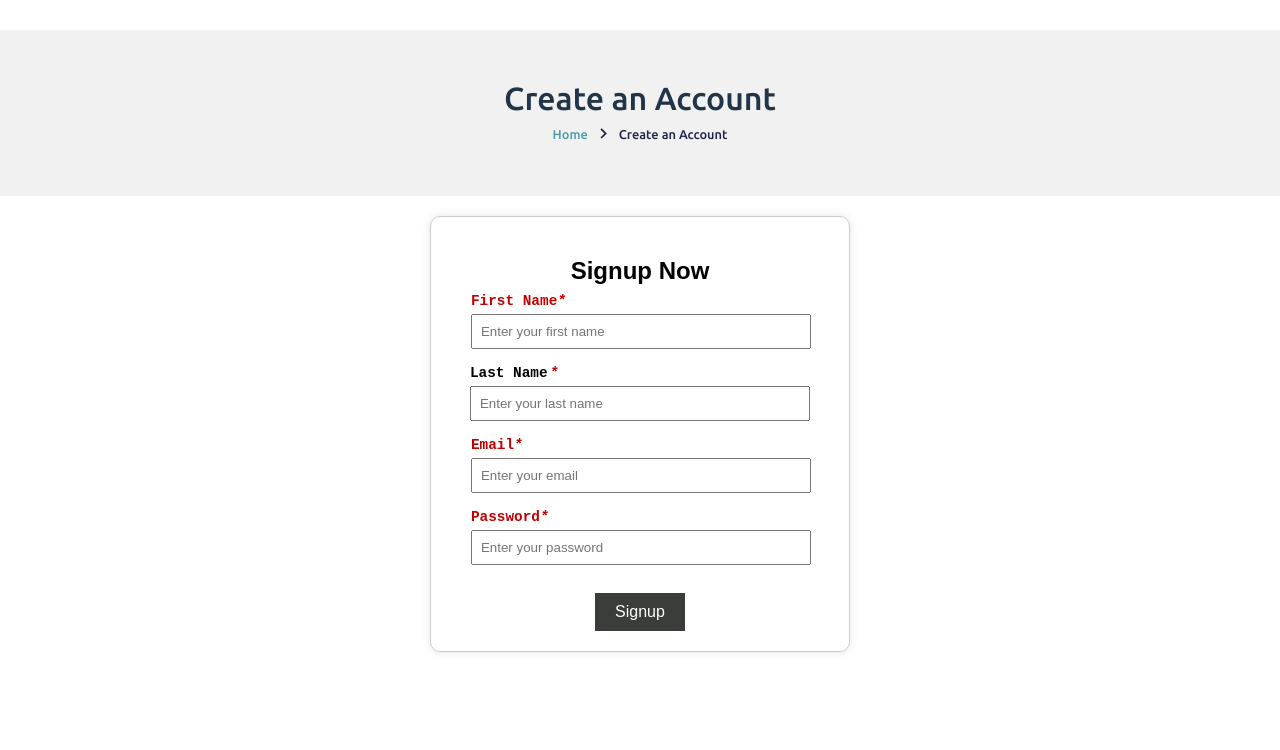
Repository: jkvekariya/Online-store-Management
Page: /auth/signup (app in frontend/client/)
The author's editor kept a copy of each file at every save. The page is drawn from the files as they stood at one save, then again after the next save.
The browser window is 1280 px wide. The pictures show the whole page.
Some web fonts or font styles are not loaded; a fallback is used. The project was rebuilt for these pictures with package versions that can differ from the ones it lists, and the page was loaded fresh each time. Also part of the build but not shown: frontend/client/vite.config.js, frontend/client/src/css/header.css, frontend/client/src/css/sidebar.css, frontend/client/src/components/Sidebar.jsx, frontend/client/src/context/CartContext.jsx, frontend/client/src/components/Header.jsx, frontend/client/src/css/footer.css, frontend/client/src/components/Footer.jsx and 11 more.

Above is the page before, as saved 2026-01-02 14:22:54.

### frontend/client/index.html
<!doctype html>
<html lang="en">
  <head>
    <meta charset="UTF-8" />
    <link rel="icon" type="image/svg+xml" href="/vite.svg" />
    <meta name="viewport" content="width=device-width, initial-scale=1.0" />
    <title>Online Store Management System</title>
  </head>
  <body>
    <div id="root"></div>
    <script type="module" src="/src/main.jsx"></script>
  </body>
</html>

### frontend/client/src/main.jsx
import React from 'react'
import ReactDOM from 'react-dom/client'
import { BrowserRouter } from 'react-router-dom'
import App from './App.jsx'
import './index.css'

ReactDOM.createRoot(document.getElementById('root')).render(
  <React.StrictMode>
    <BrowserRouter>
      <App />
    </BrowserRouter>
  </React.StrictMode>,
)

### frontend/client/src/App.jsx
import { Routes, Route } from "react-router-dom";

import AuthLayout from "./layout/AuthLayout";
import UserLayout from "./layout/UserLayout";
import AdminLayout from "./layout/AdminLayout";

import Login from "./pages/auth/Login";
import Signup from "./pages/auth/Signup";
import Home from "./pages/user/Home";
import Dashboard from "./pages/admin/Dashboard";
import Contact from "./pages/user/Contact";
import About from "./pages/user/About";
import Services from "./pages/user/Services";
import Shop from "./pages/user/Shop";

function App() {
  return (
    <Routes>

      {/* AUTH ROUTES */}
      <Route path="/auth" element={<AuthLayout />}>
        <Route path="login" element={<Login />} />
        <Route path="signup" element={<Signup />} />
      </Route>

      {/* USER ROUTES */}
      <Route path="/" element={<UserLayout />}>
        <Route index element={<Home />} />
        <Route path="pages/user/contact" element={<Contact />} />
        <Route path="pages/user/about" element={<About />} />
        <Route path="pages/user/services" element={<Services />} />
        <Route path="pages/user/shop" element={<Shop />} />
      </Route>

      {/* ADMIN ROUTES */}
      <Route path="/admin" element={<AdminLayout />}>
        <Route path="dashboard" element={<Dashboard />} />
      </Route>

    </Routes>
  );
}

export default App;

### frontend/client/src/index.css
* {
  margin: 0;
  padding: 0;
  box-sizing: border-box;
}

#root {
  min-height: 100vh;
}

### frontend/client/src/layout/AuthLayout.jsx
import { Outlet } from "react-router-dom";

const AuthLayout = () => {
  return (
    <div>
      {/* <h2>Auth Section</h2> */}
      <Outlet />
    </div>
  );
};

export default AuthLayout;

### frontend/client/src/pages/auth/Signup.jsx
import React, { useState } from 'react'
import "../../css/signup.css"
import Bodyheader from '../../components/BodyHeader';

const Signup = () => {

    const [email,setEMail] = useState("");
    const [password,setPassword] = useState("");
    const [firstname,setFirstName] = useState("");
    const [lastname,setLastName] = useState("");

  return (
    <>
    <Bodyheader title="Create an Account" />
    <div className='main-container'>
      <h2>Signup Now</h2>
      <div className='first-name-box'>
            <label htmlFor="text">First Name<em>*</em></label>
            <input type="text"
            id="first-name"
            value={firstname}
            onChange={(e) => setFirstName(e.target.value)}
            placeholder='Enter your first name'
            />
        </div>
        <div className='last-name-box'>
            <label htmlFor="text">Last Name<em>*</em></label>
            <input type="text"
            id="last-name"
            value={lastname}
            onChange={(e) => setLastName(e.target.value)}
            placeholder='Enter your last name'
            />
        </div>
        <div className='email-box'>
            <label htmlFor="email">Email<em>*</em></label>
            <input type="email"
            id="email"
            value={email}
            onChange={(e) => setEMail(e.target.value)}
            placeholder='Enter your email'
            />
        </div>
        <div className='password-box'>
            <label htmlFor="password">Password<em>*</em></label>
            <input type="password"
            id="password"
            value={password}
            onChange={(e) => setPassword(e.target.value)}
            placeholder='Enter your password'
            />
        </div>
      <div className='btn'>
            <button onClick={() => {}}>Signup</button>
      </div>
    </div>
    </>
  )
}

export default Signup

### frontend/client/src/css/login.css
.main-container{
    width: 400px;
    margin: auto;
    border: 1px solid #ccc;
    padding: 20px;
    border-radius: 10px;
    box-shadow: 0 0 10px rgba(0, 0, 0, 0.1);
    margin-top: 50px;
    font-family: Arial, sans-serif;
    display: flex;
    justify-content: center;
    align-items: center;
    flex-direction: column;
}

label{
    font-size: 0.9rem;
    display: block;
    font-family: 'Courier New', Courier, monospace;
    font-weight: 700;
    /* margin-bottom: 5px; */
}

.main-container .email-box,.password-box{
 margin: 0.5rem 0;
}

input{
    padding: 8px;
    width: 100%;
    margin-top: 5px;
}

.main-container h2{
    text-align: center;
    margin-top: 20px;
}

.btn{
    width: 100%;
    text-align: center;
}

button{
    margin-top: 20px;
    padding: 10px 20px;
    font-size: 16px;
    cursor: pointer;
    background-color: #3a3d3a;
    color: white;
    border: none;
}

### frontend/client/src/css/signup.css
.main-container{
    width: 100%;
    max-width: 420px;
    margin: 20px auto;
    border: 1px solid #ccc;
    padding: 20px;
    border-radius: 10px;
    box-shadow: 0 0 10px rgba(0, 0, 0, 0.1);
    font-family: Arial, sans-serif;
    display: flex;
    justify-content: center;
    align-items: center;
    flex-direction: column;
}

label{
    font-size: 0.9rem;
    display: block;
    font-family: 'Courier New', Courier, monospace;
    font-weight: 700;
    /* margin-bottom: 5px; */
}

.main-container .email-box,.password-box,.first-name-box,.last-name-box{
 margin: 0.5rem 0;
 width: 90%;
}

.main-container
.email-box,
.password-box,
.first-name-box,
.last-name-box > label em{
    position: relative;
    display: inline-block;
    float: none;
    right: 0;
    margin-left: 2px;
    color: #c10000;
}

input{
    /* padding: 8px; */
    width: 100%;
    margin-top: 5px;
    box-sizing: border-box;
}

.main-container h2{
    text-align: center;
    margin-top: 20px;
}

.btn{
    width: 100%;
    text-align: center;
}

button{
    margin-top: 20px;
    padding: 10px 20px;
    font-size: 16px;
    cursor: pointer;
    background-color: #3a3d3a;
    color: white;
    border: none;
}

### frontend/client/src/components/BodyHeader.jsx
import "../css/bodyheader.css"
import {Link} from 'react-router-dom'
import { MdKeyboardArrowRight } from "react-icons/md";

const Bodyheader = ({title}) => {
  return (
    <>
        <div className="b-header-bg">
            <div className="page-title">
                <h2>{title}</h2>
                <div className="ul-links">
                <ul>
                    <li id="home-link">
                        <Link to='/'>Home</Link>
                    </li>
                       <li><MdKeyboardArrowRight/></li>
                    <li>
                        <Link to=''>{title}</Link>
                    </li>
                </ul>
                </div>
            </div>
        </div>
    </>
  )
}

export default Bodyheader;

### frontend/client/src/css/bodyheader.css
@import url('https://fonts.googleapis.com/css2?family=BBH+Bartle&family=Nunito:ital,wght@0,200..1000;1,200..1000&family=Ubuntu:ital,wght@0,300;0,400;0,500;0,700;1,300;1,400;1,500;1,700&display=swap');

* {
    padding: 0;
    margin: 0;
    box-sizing: border-box;
  }

:root {
    --background-color: #e6e6e68e;
    --header-text-color: #213448;
    --home-link-color: #4B9DA9;
    --title-color: #212447;
    --title-hover-color: #547792;
}

  .b-header-bg {
    margin-top: 30px;
    height: 23vh;
    width: 100vw;
    /* background-color: aqua; */
    background: var(--background-color);
    /* background-blend-mode: darken; */
    /* background-size: cover; */
    /* background-repeat: no-repeat; */
    /* background-position: center; */
    /* background-position-y: 56%; */
    display: flex;
    justify-content: center;
    align-items: center;
  }

  .b-header-bg .page-title {
    height: 10rem;
    width: 20rem;
    display: grid;
    place-items: center;
    align-content: center;
  }

  .b-header-bg .page-title h2 {
    font-size: 2rem;
    margin-bottom: 5px;
    color: var(--header-text-color);
    font-family: "Ubuntu", sans-serif;
    font-weight: 500;
    font-style: normal;
    position: relative;
    z-index: 100;
  }

   .b-header-bg .page-title .ul-links ul{
    /* height: 4rem; */
    width: 10rem;
    display: flex;
    justify-content: center;
    align-items: center;
    gap:0;
  }

  .b-header-bg .page-title .ul-links ul #home-link a {
    color: var(--home-link-color);
  }


  .b-header-bg .page-title .ul-links ul li{
    /* height: 2rem; */
    display: flex;
    justify-content: center;
    align-items: center;
  }

  .b-header-bg .page-title .ul-links ul li svg{
      font-size: 1.3rem;
      color: var(--title-color);
  }

  .b-header-bg .page-title .ul-links ul li a{
    width: max-content;
    text-decoration: none;
    padding: 5px;
    color: var(--title-color);
    font-family: "Ubuntu", sans-serif;
    font-weight: 450;
    font-style: normal;
    font-size: 0.8rem;
    font-style: normal;
  }

  .b-header-bg .page-title .ul-links ul li a:hover{
      color: var(--title-hover-color);
  }

Loaded but not shown: frontend/client/src/css/header.css (no copy from this time; the picture is the same without it)

After the next save:
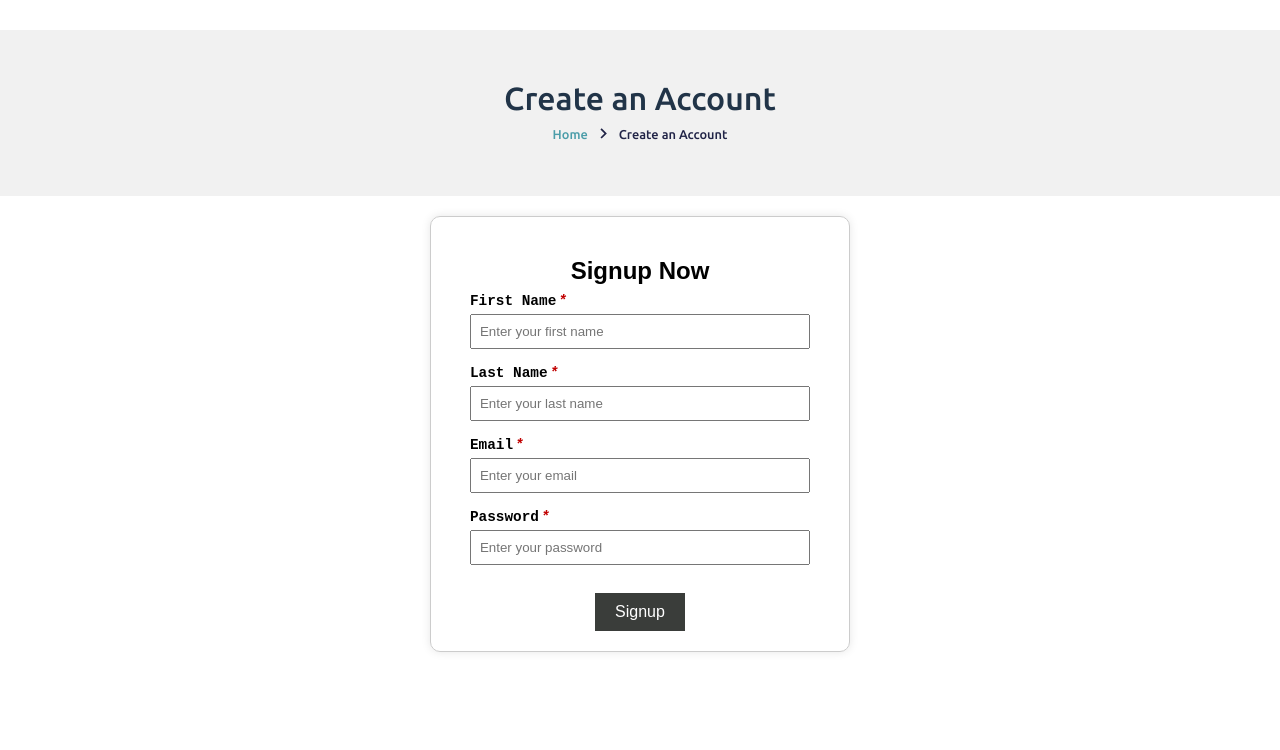
Saved 72 s later.
--- a/frontend/client/src/css/signup.css
+++ b/frontend/client/src/css/signup.css
@@ -26,11 +26,31 @@ label{
  width: 90%;
 }
 
-.main-container
-.email-box,
-.password-box,
-.first-name-box,
-.last-name-box > label em{
+.email-box label em{
+    position: relative;
+    display: inline-block;
+    float: none;
+    right: 0;
+    margin-left: 2px;
+    color: #c10000;
+}
+.password-box label em{
+    position: relative;
+    display: inline-block;
+    float: none;
+    right: 0;
+    margin-left: 2px;
+    color: #c10000;
+}
+.first-name-box label em{
+    position: relative;
+    display: inline-block;
+    float: none;
+    right: 0;
+    margin-left: 2px;
+    color: #c10000;
+}
+.last-name-box label em{
     position: relative;
     display: inline-block;
     float: none;
